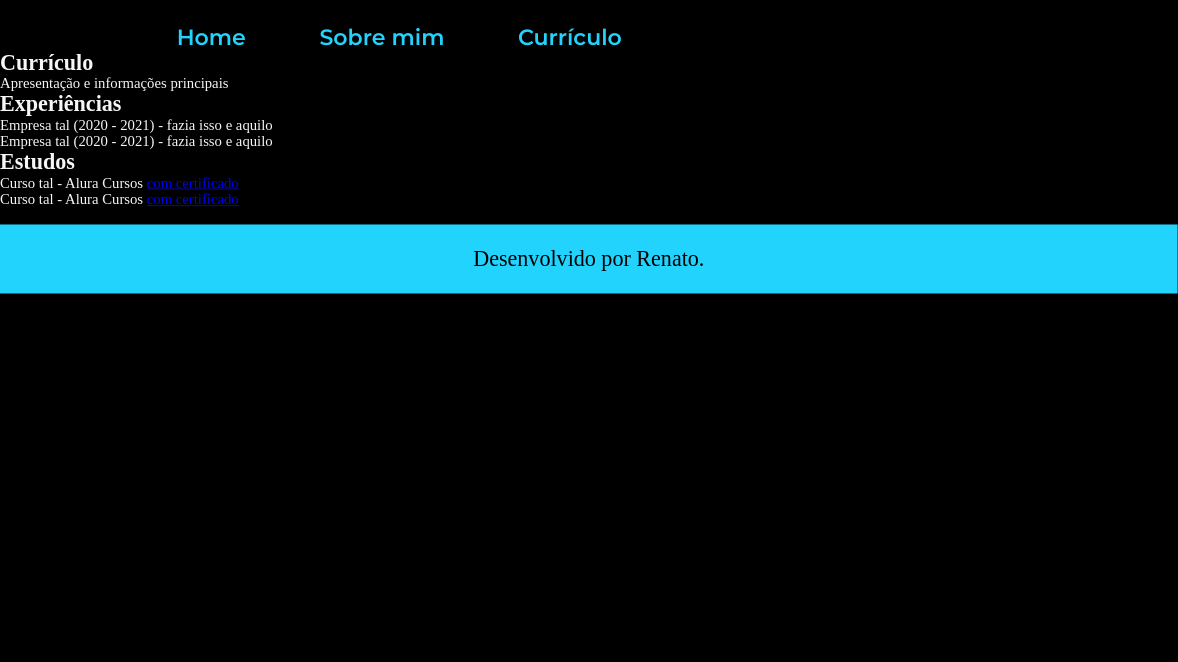
Repository: RenatoCCS/Portfolio_Alura
Page: curriculo.html
These files come from the project's save history. The page is drawn as it stood at one moment and after the next save; the edit follows.
The browser window is 1280 px wide. The pictures show the whole page, at 92% of full size.
Some web fonts or font styles are not loaded; a fallback is used.

Above is the page before, as saved 2023-03-06 15:06:59.

### curriculo.html
<!DOCTYPE html>
<html lang="pt-br">
  <head>
    <meta charset="UTF-8" />
    <meta http-equiv="X-UA-Compatible" content="IE=edge" />
    <meta name="viewport" content="width=device-width, initial-scale=1.0" />
    <title>Currículo</title>
    <link rel="stylesheet" href="./styles/style.css" />
  </head>

  <body>
    <header class="cabecalho">
      <nav class="cabecalho__menu">
        <a class="cabecalho__menu__link" href="index.html">Home</a>
        <a class="cabecalho__menu__link" href="about.html">Sobre mim</a>
        <a class="cabecalho__menu__link" href="curriculo.html">Currículo</a>
      </nav>
    </header>

    <main>
      <section>
        <h1>Currículo</h1>
        <p>Apresentação e informações principais</p>

        <h2>Experiências</h2>
        <p>
          <ul>
            <li>Empresa tal (2020 - 2021) - fazia isso e aquilo</li>
            <li>Empresa tal (2020 - 2021) - fazia isso e aquilo</li>
          </ul>
        </p>

        <h2>Estudos</h2>
        <p>
          <ul>
            <li>Curso tal - Alura Cursos <a href="linkdocertificado">com certificado</a></li>
            <li>Curso tal - Alura Cursos <a href="linkdocertificado">com certificado</a></li>
          </ul>
        </p>
      </section>
      <img src="" alt="">
    </main>

    <footer class="rodape"><p>Desenvolvido por Renato.</p></footer>
  </body>
</html>

### styles/style.css
@import url('https://fonts.googleapis.com/css2?family=Krona+One&family=Montserrat:wght@400;600&display=swap');

* {
  margin: 0;
  padding: 0;
}

body {
  /* height: 100vh; */
  box-sizing: border-box;
  background-color: #000000;
  color: #f6f6f6;
}

.cabecalho {
  padding: 2% 0% 0% 15%;
}

.cabecalho__menu {
  display: flex;
  gap: 80px;
}

.cabecalho__menu__link {
  font-family: 'Montserrat', sans-serif;
  font-size: 24px;
  font-weight: 600;
  color: #22d4fd;
  text-decoration: none;
}

.apresentacao {
  padding: 5% 15%;
  display: flex;
  align-items: center;
  justify-content: space-between;
}

.apresentacao__conteudo {
  width: 615px;
  display: flex;
  flex-direction: column;
  gap: 40px;
}

.apresentacao__conteudo__titulo {
  font-size: 36px;
  font-family: 'Krona One', sans-serif;
}

.titulo-destaque {
  color: #22d4fd;
}

.apresentacao__conteudo__texto {
  font-size: 24px;
  font-family: 'Montserrat', sans-serif;
}

.apresentacao__links {
  display: flex;
  flex-direction: column;
  justify-content: space-between;
  align-items: center;
  gap: 32px;
}

.apresentacao__links__subtitulo {
  font-family: 'Krona One', sans-serif;
  font-weight: 400;
  font-size: 24px;
}

.apresentacao__links__link {
  /* background-color: #22d4fd; foi trocado o estilo*/
  display: flex;
  justify-content: center;
  gap: 16px;
  border: 2px solid #22d4fd;
  width: 378px;
  text-align: center;
  border-radius: 8px;
  font-size: 24px;
  font-weight: 600;
  padding: 21.5px 0;
  text-decoration: none;
  color: #f6f6f6;
  font-family: 'Montserrat', sans-serif;
}

.apresentacao__links__link:hover {
  background-color: #272727;
}

/*Utilizei minha foto e fui adaptando de acordo com o tamanho da outra foto*/
.apresentacao__foto {
  height: 550px;
  width: 490px;
  left: 1032px;
  top: 253px;
  border-radius: 16px;
}

.rodape {
  padding: 24px;
  color: #000000;
  background-color: #22d4fd;
  text-align: center;
  font-family: 'Montserrat' sans-serif;
  font-size: 24px;
  font-weight: 400;
}

After the next save:
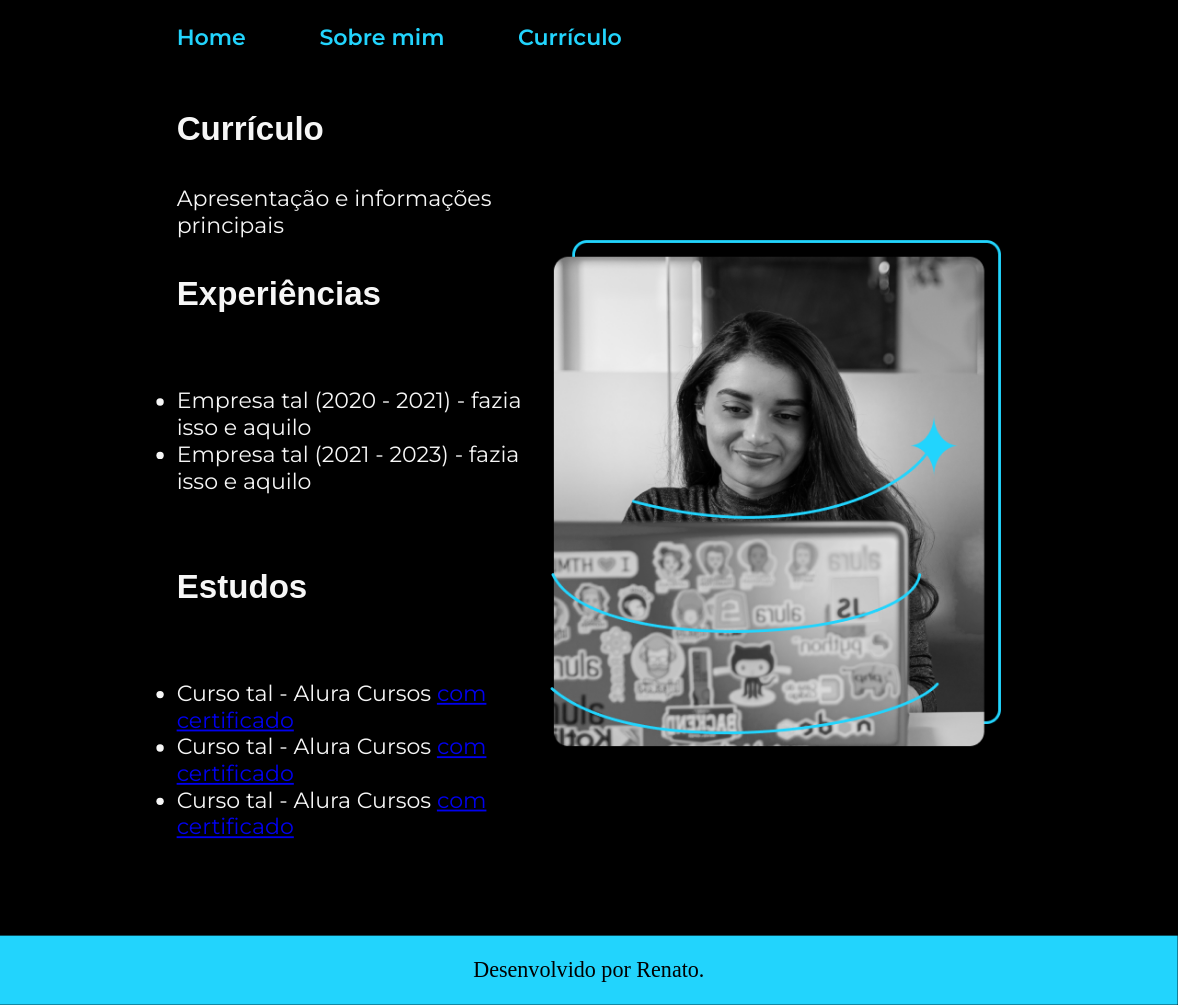
Saved 24 min 16 s later.
--- a/curriculo.html
+++ b/curriculo.html
@@ -17,29 +17,30 @@
       </nav>
     </header>
 
-    <main>
-      <section>
-        <h1>Currículo</h1>
-        <p>Apresentação e informações principais</p>
-
-        <h2>Experiências</h2>
-        <p>
-          <ul>
-            <li>Empresa tal (2020 - 2021) - fazia isso e aquilo</li>
-            <li>Empresa tal (2020 - 2021) - fazia isso e aquilo</li>
+    <main class="apresentacao">
+      <section class="apresentacao__conteudo">
+          <h1 class="apresentacao__conteudo__titulo">Currículo</h1>
+          <p class="apresentacao__conteudo__texto">
+              Apresentação e informações principais
+          </p>
+          <h2 class="apresentacao__conteudo__titulo">Experiências</h2>
+          <p class="apresentacao__conteudo__texto">
+          <ul class="apresentacao__conteudo__texto">
+              <li> Empresa tal (2020 - 2021) - fazia isso e aquilo </li>
+              <li> Empresa tal (2021 - 2023) - fazia isso e aquilo </li>
           </ul>
-        </p>
-
-        <h2>Estudos</h2>
-        <p>
-          <ul>
-            <li>Curso tal - Alura Cursos <a href="linkdocertificado">com certificado</a></li>
-            <li>Curso tal - Alura Cursos <a href="linkdocertificado">com certificado</a></li>
+          </p>
+          <h2 class="apresentacao__conteudo__titulo">Estudos</h2>
+          <p class="apresentacao__conteudo__texto">
+          <ul class="apresentacao__conteudo__texto">
+              <li>Curso tal - Alura Cursos <a href="linkdocertificado">com certificado</a> </li>
+              <li>Curso tal - Alura Cursos <a href="linkdocertificado">com certificado</a></li>
+              <li>Curso tal - Alura Cursos <a href="linkdocertificado">com certificado</a></li>
           </ul>
-        </p>
+          </p>
       </section>
-      <img src="" alt="">
-    </main>
+      <img src="./assets/imagem.png" alt="Foto da Joana Santos programando">
+  </main>
 
     <footer class="rodape"><p>Desenvolvido por Renato.</p></footer>
   </body>
